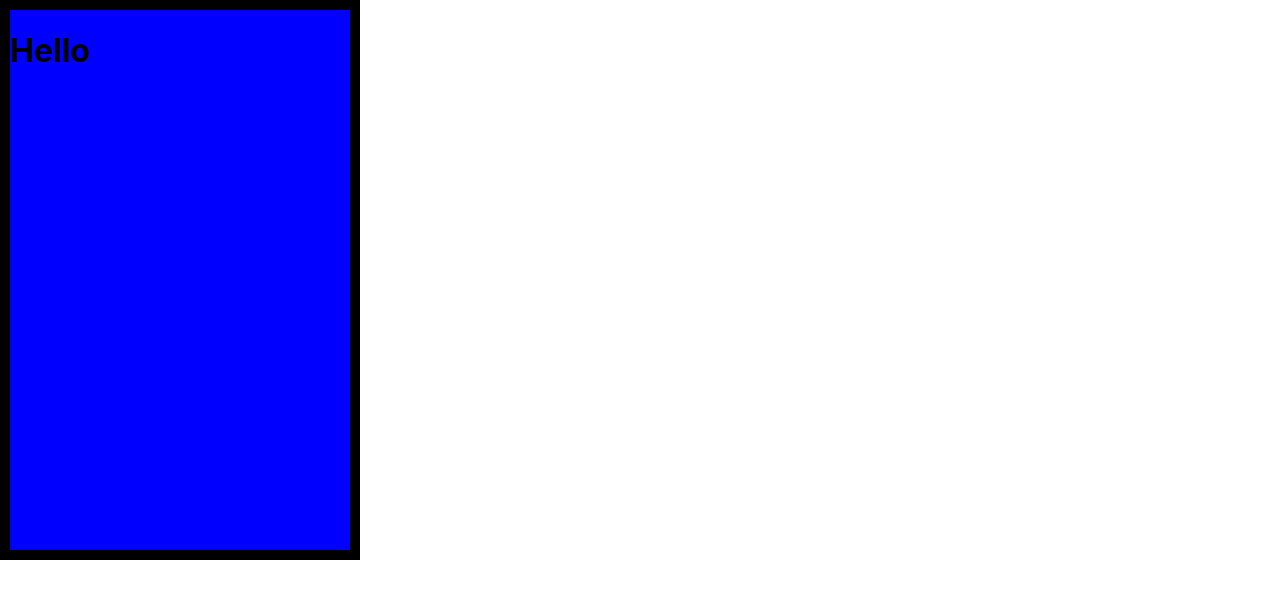
Repository: qudos4real/calculator
Page: /
An editor plug-in stored every save of this project. The page is shown before and after the next save, followed by the edit.
The browser window is 1280 px wide. The pictures show the whole page.
The project was rebuilt for these pictures with package versions that can differ from the ones it lists, and the page was loaded fresh each time.

Above is the page before, as saved 2022-10-07 21:05:44.

After the next save:
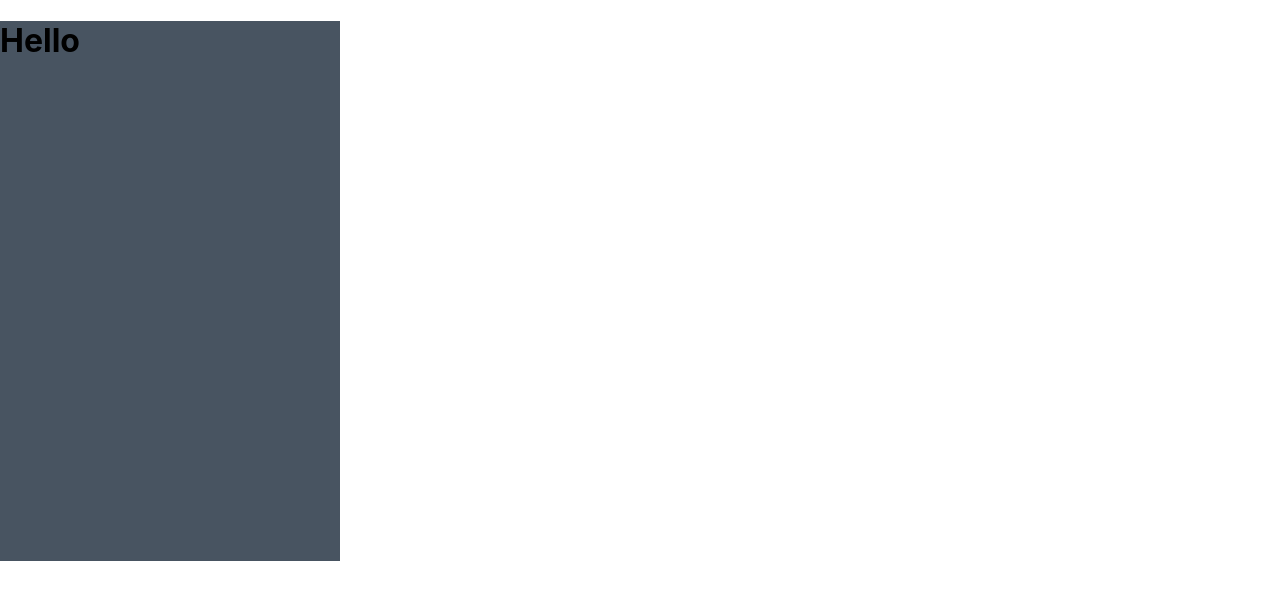
Saved 48 s later.
--- a/src/components/Wrapper.css
+++ b/src/components/Wrapper.css
@@ -1,6 +1,5 @@
 .wrapper {
     width: 340px;
     height: 540px;
-    background-color: blue;
-    border: 10px solid black;
+    background-color: #485461;
 }
